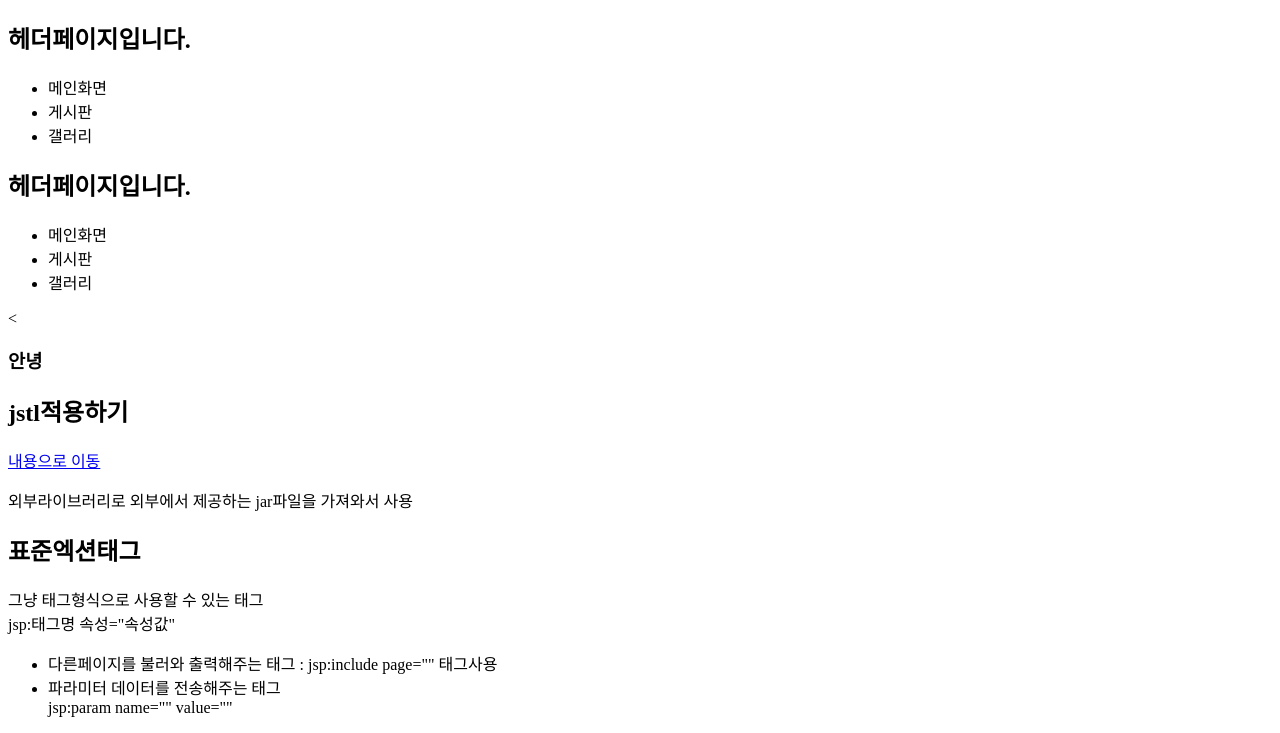
Repository: yongmin0309/mybatis1
Page: http://localhost/eL_JSTL/
These files come from the project's save history. The page is drawn as it stood at one moment and after the next save; the edit follows.
The browser window is 1280 px wide. The pictures show the whole page.
The page is served by Tomcat 9.

Above is the page before, as saved 2024-04-20 05:28:19.

After the next save:
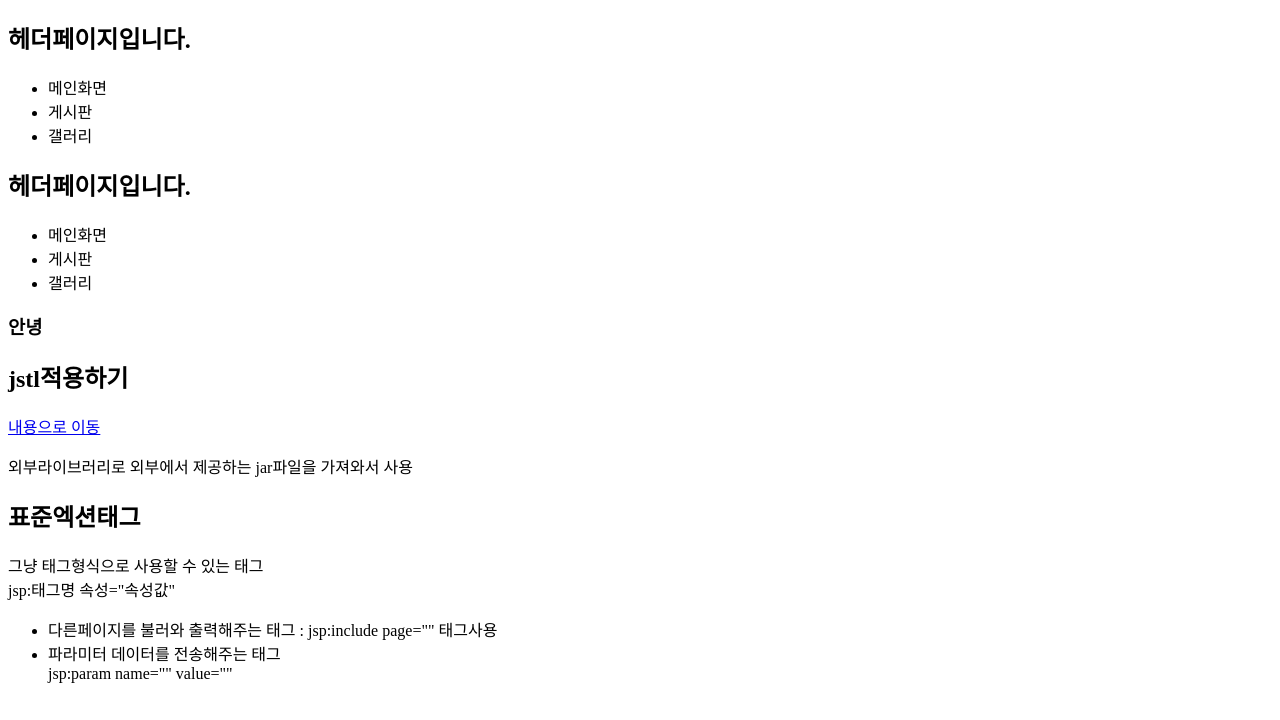
Saved 54 s later.
--- a/work/eL_JSTL/src/main/webapp/index.jsp
+++ b/work/eL_JSTL/src/main/webapp/index.jsp
@@ -7,21 +7,6 @@
 <jsp:include page="/views/common/header.jsp">
 	<jsp:param name="title" value="Main"/>
 </jsp:include>
-
-<!-- !DOCTYPE html>
-<html>
-<head>
-<meta charset="UTF-8">
-<title>jstl</title>
-</head>
-<body>
-	<h2>헤더페이지입니다.</h2>
-	<ul>
-		<li>메인화면</li>
-		<li>게시판</li>
-		<li>갤러리</li>
-	</ul>  --><
-
 
 	<h3><%=name %></h3>
 	<h2>jstl적용하기</h2>
